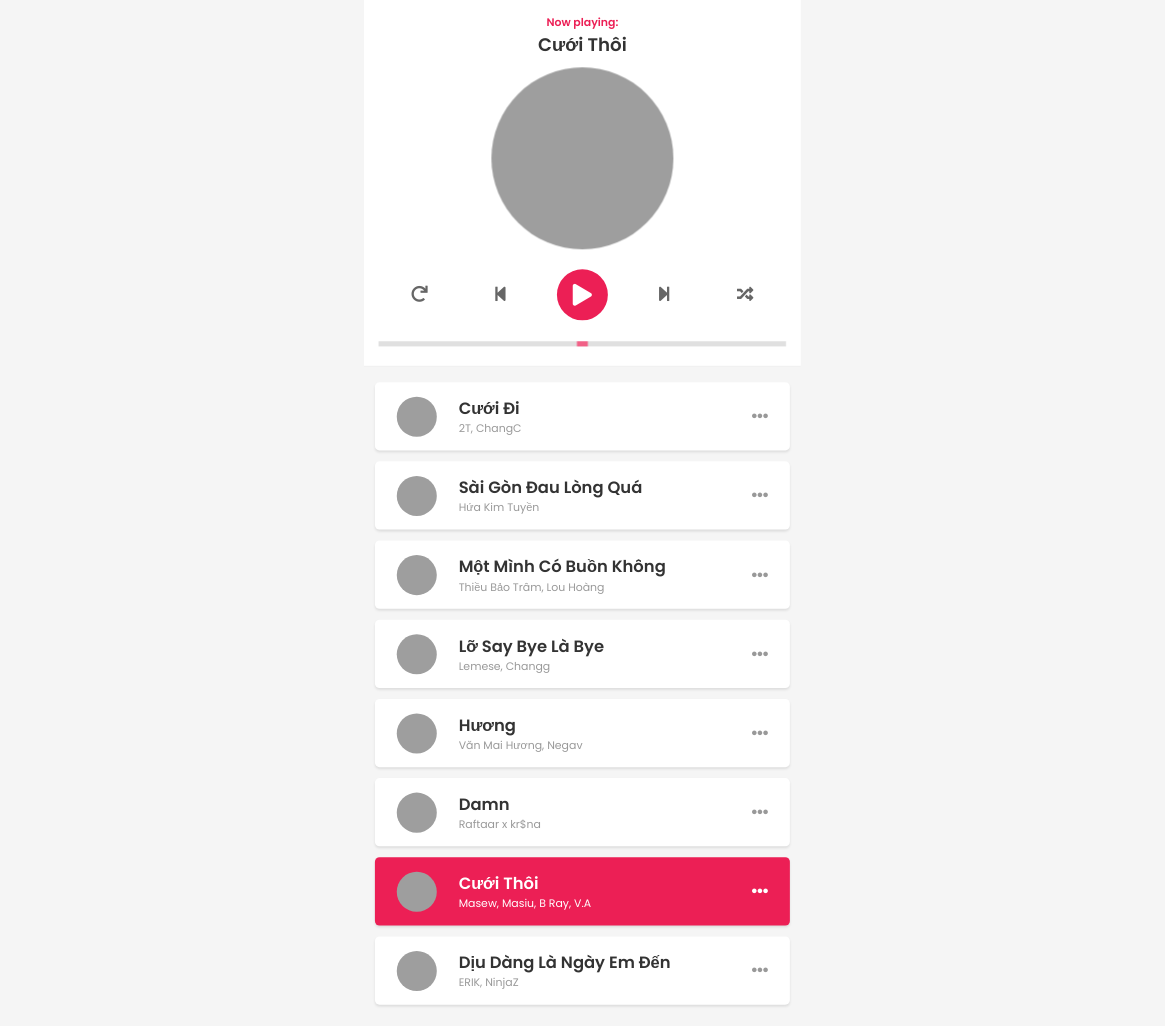
Repository: esplen74/Music
Page: music.html
These files come from the project's save history. The page is drawn as it stood at one moment and after the next save; the edit follows.
The browser window is 1280 px wide. The pictures show the whole page, at 91% of full size.
Pictures or frames that could not be fetched are drawn as grey boxes.

Above is the page before, as saved 2021-11-02 15:26:53.

### music.html
<!DOCTYPE html>
<html lang="en">
  <head>
    <meta charset="UTF-8" />
    <meta http-equiv="X-UA-Compatible" content="IE=edge" />
    <meta name="viewport" content="width=device-width, initial-scale=1.0" />
    <title>music</title>
    <link rel="stylesheet" href="music.css" />
  </head>
  <body>
    <meta name="viewport" content="width=device-width, initial-scale=1.0" />
    <title>Music player</title>
    <link
      rel="stylesheet"
      href="https://cdnjs.cloudflare.com/ajax/libs/font-awesome/5.15.2/css/all.min.css"
      integrity="sha512-HK5fgLBL+xu6dm/Ii3z4xhlSUyZgTT9tuc/hSrtw6uzJOvgRr2a9jyxxT1ely+B+xFAmJKVSTbpM/CuL7qxO8w=="
      crossorigin="anonymous"
    />
    <link rel="preconnect" href="https://fonts.gstatic.com" />
    <link
      href="https://fonts.googleapis.com/css2?family=Poppins:wght@300;400;600&display=swap"
      rel="stylesheet"
    />

    <div class="player">
      <!-- Dashboard -->
      <div class="dashboard">
        <!-- Header -->
        <header>
          <h4>Now playing:</h4>
          <h2>String 57th & 9th</h2>
        </header>

        <!-- CD -->
        <div class="cd">
          <div class="cd-thumb"></div>
        </div>

        <!-- Control -->
        <div class="control">
          <div class="btn btn-repeat">
            <i class="fas fa-redo"></i>
          </div>
          <div class="btn btn-prev">
            <i class="fas fa-step-backward"></i>
          </div>
          <div class="btn btn-toggle-play">
            <i class="fas fa-pause icon-pause"></i>
            <i class="fas fa-play icon-play"></i>
          </div>
          <div class="btn btn-next">
            <i class="fas fa-step-forward"></i>
          </div>
          <div class="btn btn-random">
            <i class="fas fa-random"></i>
          </div>
        </div>

        <input
          id="progress"
          class="progress"
          type="range"
          value="0"
          step="1"
          min="0"
          max="100"
        />

        <audio id="audio" src=""></audio>
      </div>

      <!-- Playlist -->
      <div class="playlist"></div>
    </div>


    <!-- Design from: https://static.collectui.com/shots/3671744/musicloud-revolutionary-app-for-music-streaming-large -->

    <script src="music.js"></script>
  </body>
</html>

### music.css
:root {
  --primary-color: #ec1f55;
  --text-color: #333;
}

* {
  padding: 0;
  margin: 0;
  box-sizing: inherit;
}

body {
  background-color: #f5f5f5;
}

html {
  box-sizing: border-box;
  font-family: "Poppins", sans-serif;
}

.player {
  position: relative;
  max-width: 480px;
  margin: 0 auto;
}

.player .icon-pause {
  display: none;
}

.player.playing .icon-pause {
  display: inline-block;
}

.player.playing .icon-play {
  display: none;
}

.dashboard {
  padding: 16px 16px 14px;
  background-color: #fff;
  position: fixed;
  top: 0;
  width: 100%;
  max-width: 480px;
  border-bottom: 1px solid #ebebeb;
}

/* HEADER */
header {
  text-align: center;
  margin-bottom: 10px;
}

header h4 {
  color: var(--primary-color);
  font-size: 12px;
}

header h2 {
  color: var(--text-color);
  font-size: 20px;
}

/* CD */
.cd {
  display: flex;
  margin: auto;
  width: 200px;
}

.cd-thumb {
  width: 100%;
  padding-top: 100%;
  border-radius: 50%;
  background-color: #333;
  background-size: cover;
  margin: auto;
}

/* CONTROL */
.control {
  display: flex;
  align-items: center;
  justify-content: space-around;
  padding: 18px 0 8px 0;
}

.control .btn {
  color: #666;
  padding: 18px;
  font-size: 18px;
}

.control .btn.active {
  color: var(--primary-color);
}

.control .btn-toggle-play {
  width: 56px;
  height: 56px;
  border-radius: 50%;
  font-size: 24px;
  color: #fff;
  display: flex;
  align-items: center;
  justify-content: center;
  background-color: var(--primary-color);
}

.progress {
  width: 100%;
  -webkit-appearance: none;
  height: 6px;
  background: #d3d3d3;
  outline: none;
  opacity: 0.7;
  -webkit-transition: 0.2s;
  transition: opacity 0.2s;
}

.progress::-webkit-slider-thumb {
  -webkit-appearance: none;
  appearance: none;
  width: 12px;
  height: 6px;
  background-color: var(--primary-color);
  cursor: pointer;
}

/* PLAYLIST */
.playlist {
  margin-top: 408px;
  padding: 12px;
}

.song {
  display: flex;
  align-items: center;
  margin-bottom: 12px;
  background-color: #fff;
  padding: 8px 16px;
  border-radius: 5px;
  box-shadow: 0 2px 3px rgba(0, 0, 0, 0.1);
}

.song.active {
  background-color: var(--primary-color);
}

.song:active {
  opacity: 0.8;
}

.song.active .option,
.song.active .author,
.song.active .title {
  color: #fff;
}

.song .thumb {
  width: 44px;
  height: 44px;
  border-radius: 50%;
  background-size: cover;
  margin: 0 8px;
}

.song .body {
  flex: 1;
  padding: 0 16px;
}

.song .title {
  font-size: 18px;
  color: var(--text-color);
}

.song .author {
  font-size: 12px;
  color: #999;
}

.song .option {
  padding: 16px 8px;
  color: #999;
  font-size: 18px;
}

### music.js
// 1. Render songs
// 2. Scroll top
// 3. play/ pause
// 4. Cd rotate
// 5.Next / Prev
// 6. Random
// 7. Next / repeat when enabe
// 8. Active song
// 9. Scroll active song into view
// 10. Play song when click

const $ = document.querySelector.bind(document);
const $$ = document.querySelectorAll.bind(document);
const cd = $(".cd");
const heading = $("header h2");
const cdThumb = $(".cd-thumb");
const audio = $("#audio");
const btnPlay = $(".btn-toggle-play");
const playlist = $(".playlist");
const player = $(".player");
const progress = $(".progress");
const btnNext = $(".btn-next");
const btnPrev = $(".btn-prev");
const btnRandom = $(".btn-random");
const btnRepeat = $(".btn-repeat");

const app = {
  currentIndex: 6,
  songs: [
    {
      name: "Cưới Đi",
      singer: "2T, ChangC",
      path: "./music/song1.mp3",
      image:
        "https://avatar-ex-swe.nixcdn.com/song/2020/08/27/8/e/c/f/1598516178659_500.jpg",
    },
    {
      name: "Sài Gòn Đau Lòng Quá",
      singer: " Hứa Kim Tuyền",
      path: "./music/song2.mp3",
      image:
        "https://avatar-ex-swe.nixcdn.com/song/2021/03/27/d/2/9/1/1616859493571_500.jpg",
    },
    {
      name: "Một Mình Có Buồn Không",
      singer: "Thiều Bảo Trâm, Lou Hoàng",
      path: "./music/song3.mp3",
      image:
        "https://avatar-ex-swe.nixcdn.com/song/2020/10/19/f/5/8/c/1603078556165_500.jpg",
    },
    {
      name: "Lỡ Say Bye Là Bye",
      singer: "Lemese, Changg",
      path: "./music/song4.mp3",
      image:
        "https://avatar-ex-swe.nixcdn.com/song/2021/01/21/5/c/9/9/1611199600529_500.jpg",
    },
    {
      name: "Hương",
      singer: "Văn Mai Hương, Negav",
      path: "./music/song5.mp3",
      image:
        "https://avatar-ex-swe.nixcdn.com/song/2021/01/22/9/f/2/1/1611280898757_500.jpg",
    },
    {
      name: "Damn",
      singer: "Raftaar x kr$na",
      path: "./music/song6.mp3",
      image:
        "https://scontent.fdad4-1.fna.fbcdn.net/v/t1.6435-9/219394223_1466851590333701_3606370075101924204_n.jpg?_nc_cat=104&ccb=1-5&_nc_sid=09cbfe&_nc_ohc=CoR4g8AuzJUAX_UiqJh&_nc_ht=scontent.fdad4-1.fna&oh=9598a236af99117130ccc35f10837aea&oe=61A56E8B",
    },
    {
      name: "Cưới Thôi",
      singer: " Masew, Masiu, B Ray, V.A",
      path: "./music/song7.mp3",
      image:
        "https://avatar-ex-swe.nixcdn.com/song/2021/09/09/f/c/f/d/1631181753902_500.jpg",
    },
    {
      name: "Dịu Dàng Là Ngày Em Đến",
      singer: " ERIK, NinjaZ",
      path: "./music/song8.mp3",
      image:
        "https://avatar-ex-swe.nixcdn.com/song/2021/08/30/2/1/a/e/1630307726211_500.jpg",
    },
  ],
  render: function () {
    const htmls = this.songs.map((song, index) => {
      return `
      <div class="song ${
        index === this.currentIndex ? "active" : ""
      }" data-song=${index}>
          <div class="thumb"
              style="background-image: url('${song.image}')">
          </div>
          <div class="body">
              <h3 class="title">${song.name}</h3>
              <p class="author">${song.singer}</p>
          </div>
          <div class="option">
              <i class="fas fa-ellipsis-h"></i>
          </div>
      </div>
      `;
    });
    playlist.innerHTML = htmls.join("");
  },
  defineProperties: function () {
    Object.defineProperty(this, "currentSong", {
      get: function () {
        return this.songs[this.currentIndex];
      },
    });
  },
  handleEvents: function () {
    const cdWidth = cd.offsetWidth;
    const isPlaying = false;
    const isRandom = false;
    const isRepeat = false;
    const _this = this;

    // xử lí CD quay / dừng
    const cdThumbAnimate = cdThumb.animate([{ transform: "rotate(360deg)" }], {
      duration: 10000,
      iterations: Infinity,
    });
    cdThumbAnimate.pause();

    // xử lí phóng to / thu nhỏ CD
    document.onscroll = function () {
      const scrollTop = window.scrollY || document.documentElement.scrollTop;
      const newCdWidth = cdWidth - scrollTop;

      cd.style.width = newCdWidth > 0 ? newCdWidth + "px" : 0;
      cd.style.opacity = newCdWidth / cdWidth;
    };
    // xử lí play music
    btnPlay.onclick = function () {
      if (_this.isPlaying) {
        audio.pause();
      } else {
        audio.play();
      }
    };

    // Khi song được play
    audio.onplay = function () {
      _this.isPlaying = true;
      player.classList.add("playing");
      cdThumbAnimate.play();
    };

    // Khi song bị pause
    audio.onpause = function () {
      _this.isPlaying = false;
      player.classList.remove("playing");
      cdThumbAnimate.pause();
    };

    // khi tiến độ bài hát được phát
    audio.ontimeupdate = function () {
      const progressPercent = Math.floor(
        (audio.currentTime / audio.duration) * 100
      );
      progress.value = progressPercent;
    };

    // xử lí khi tua
    progress.onchange = function () {
      const seekTime = (audio.duration * progress.value) / 100;
      audio.currentTime = seekTime;
    };
    //Khi next bài hát
    btnNext.onclick = function () {
      if (_this.isRandom) {
        _this.RandomSong();
        audio.play();
      } else {
        _this.NextSong();
        audio.play();
      }
      _this.render();
      _this.ScrollSongActiveintoView();
    };

    // Khi Prev bài hát
    btnPrev.onclick = function () {
      if (_this.isRandom) {
        _this.RandomSong();
        audio.play();
      } else {
        _this.PrevSong();
        audio.play();
      }
      _this.render();
      _this.ScrollSongActiveintoView();
    };

    //Khi random bài hát
    btnRandom.onclick = function () {
      _this.isRandom = !_this.isRandom;
      btnRandom.classList.toggle("active", _this.isRandom);
    };
    audio.onended = function () {
      if (_this.isRepeat) {
        audio.play();
      } else {
        btnNext.click();
      }
    };

    // xử lý next song khi bị audio ended
    btnRepeat.onclick = function () {
      _this.isRepeat = !_this.isRepeat;
      this.classList.toggle("active", _this.isRepeat);
    };

    // Lắng nghe  hành vi click vào playlist
   playlist.onclick = function(e) {
    const songNode =
    e.target.closest(".song:not(.active)");
    if(songNode || e.target.closest(".option")) {

    // xử lý khi bấm vào song
      if(songNode) {

        _this.currentIndex = Number(songNode.dataset.song);
        _this.loadCurrentSong();
        _this.render();
        audio.play();
      }

      // xử lý khi bấm vào option
      if(e.target.closest(".option")) {

      }
    }
    }
  },
  // Active song into view
  ScrollSongActiveintoView: function () {
    setTimeout(() => {
      $(".song.active").scrollIntoView({
        behavior: "smooth",
        block: "center",
      });
    }, 300);
  },

  RandomSong: function () {
    var newIndex;
    do {
      newIndex = Math.floor(Math.random() * this.songs.length);
    } while (newIndex === this.currentIndex);
    this.currentIndex = newIndex;
    this.loadCurrentSong();
  },
  NextSong: function () {
    this.currentIndex++;
    if (this.currentIndex >= this.songs.length) {
      this.currentIndex = 0;
    }
    this.loadCurrentSong();
  },
  PrevSong: function () {
    this.currentIndex--;
    if (this.currentIndex < 0) {
      this.currentIndex = this.songs.length - 1;
    }
    this.loadCurrentSong();
  },

  loadCurrentSong: function () {
    heading.textContent = this.currentSong.name;
    cdThumb.style.backgroundImage = `url(${this.currentSong.image})`;
    audio.src = this.currentSong.path;
  },

  start: function () {
    //định nghĩa cho các thuộc tính cho object
    this.defineProperties();

    // lắng nghe / xử lí các sự kiện
    this.handleEvents();

    //tải thông tin bài hát
    this.loadCurrentSong();

    this.render();
  },
};
app.start();

After the next save:
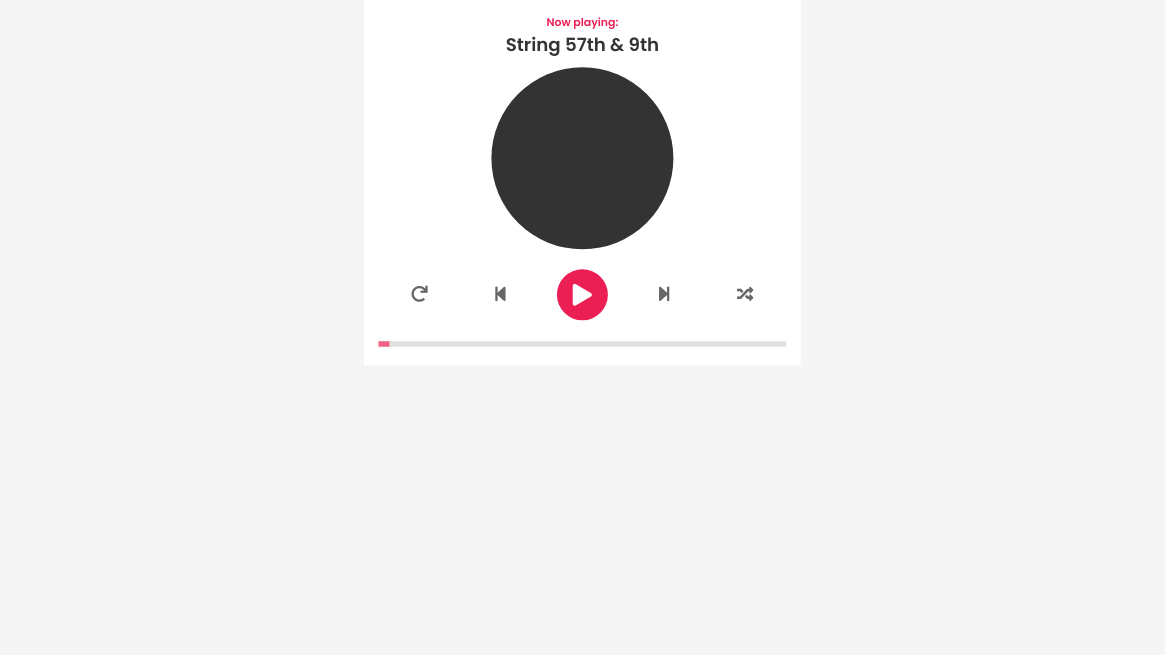
Console error: TypeError: this.start is not a function
Saved 18 s later.
--- a/music.js
+++ b/music.js
@@ -289,4 +289,4 @@
     this.render();
   },
 };
-app.start();
+this.start();

After the save that followed:
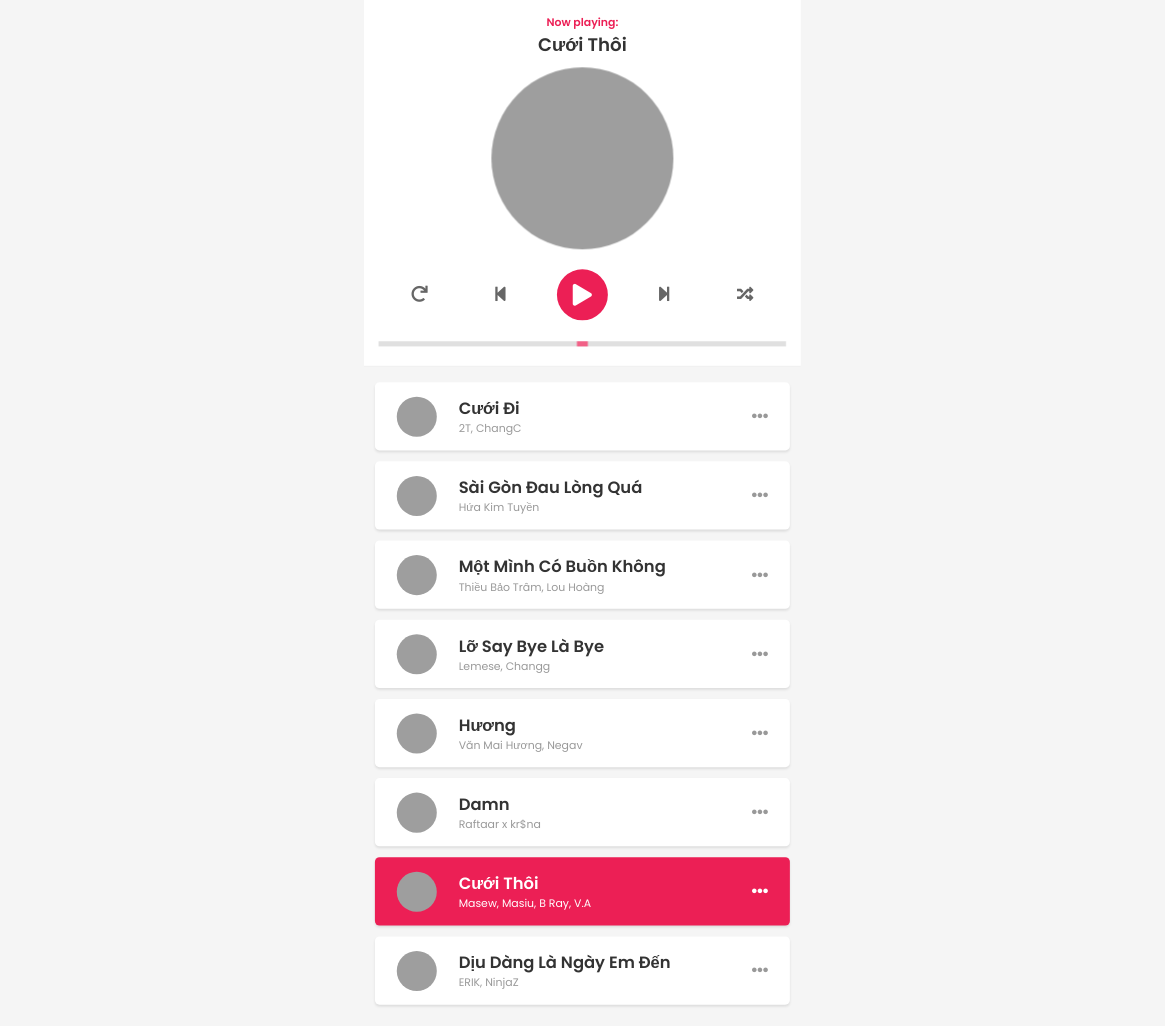
The error is gone.
Saved 16 s later.
--- a/music.js
+++ b/music.js
@@ -289,4 +289,4 @@
     this.render();
   },
 };
-this.start();
+app.start();
